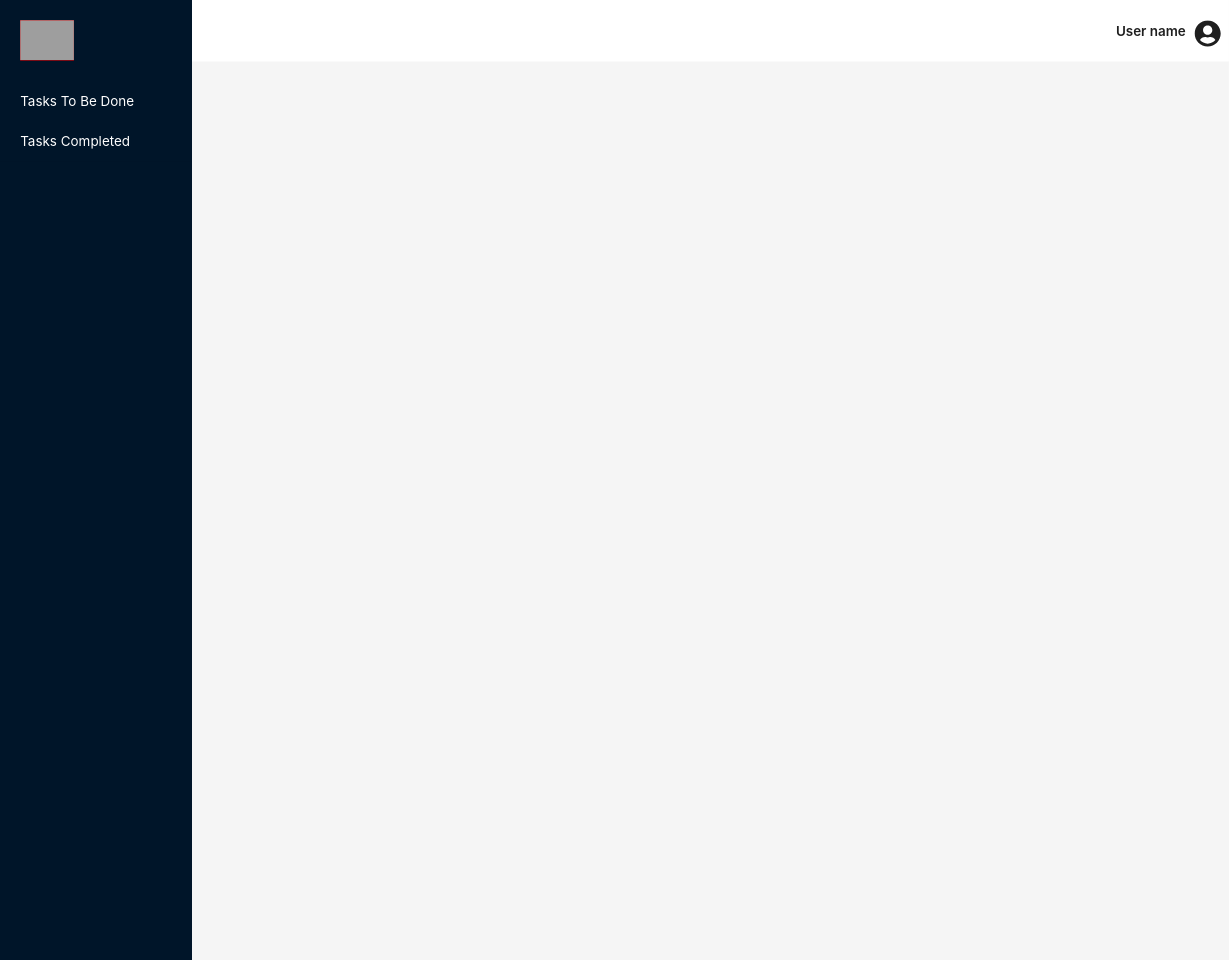
Repository: runner855/todolist_new
Page: /
These files come from the project's save history. The page is drawn as it stood at one moment and after the next save; the edit follows.
The browser window is 1280 px wide. The pictures show the whole page, at 96% of full size.
Pictures or frames that could not be fetched are drawn as grey boxes. The project was rebuilt for these pictures with package versions that can differ from the ones it lists, and the page was loaded fresh each time.

Above is the page before, as saved 2023-03-19 22:24:04.

### src/index.tsx
import React from "react";
import ReactDOM from "react-dom/client";
import "./index.css";
import { App } from "./App";
import { BrowserRouter } from "react-router-dom";

const root = ReactDOM.createRoot(
  document.getElementById("root") as HTMLElement
);
root.render(
  <React.StrictMode>
    <BrowserRouter>
    <App />
    </BrowserRouter>
  </React.StrictMode>
);

### src/App.tsx
import React from 'react';
import './App.css';
import { NavBar } from './components/NavBar/NavBar';

export const App = () =>{
  return (
    <div className="App">
      <NavBar/>

    </div>
  );
}

### src/components/NavBar/NavBar.tsx
import React from 'react';

import { Layout, Menu, theme } from 'antd';
import { FaUserCircle } from 'react-icons/fa';
import { PagesArray } from '../../Utilities/Utility'
import "../NavBar/NavBar.css";
import { NavLink } from 'react-router-dom';

const { Header, Content, Footer, Sider } = Layout;

export const NavBar = () => {

  const {
    token: { colorBgContainer },
  } = theme.useToken();

  return (
      <Layout>
      <Sider
        breakpoint="lg"
        collapsedWidth="0"
        style={{height:1000}}
        onBreakpoint={(broken) => {
          console.log(broken);
        }}
        onCollapse={(collapsed, type) => {
          console.log(collapsed, type);
        }}
      >
        <div className="logo" />
        {/* <Menu
          theme="dark"
          mode="inline"
          items={PagesArray && PagesArray.map(
            (item, index) => ({
              key: index,

              label:  item.label ? <NavLink   to={item.to}>{item.label}</NavLink> :
              <img  className="logo"src={item.image} alt="logo"/>
            })
          )}


        /> */}
      <Menu theme="dark" mode="inline">{PagesArray && PagesArray.map((item, index) => {
        return (
        <ul className='links_container'>
          <li className='item_link'>{item.label ? <NavLink to={item.to}>{item.label}</NavLink>: <div className='logo'><img  src={item.image} alt="logo"/></div>}</li>
        </ul>



        )
      })}</Menu>
      </Sider>
      <Layout>
        <Header style={{ padding: 0, background: colorBgContainer }}>
        <div className='avatar_container'>
          <ul className='user'>
            <li className='user_text'>User name</li>
            <li className='user_icon'><FaUserCircle/></li>

          </ul>
          </div>

        </Header>
      </Layout>
    </Layout>
   );
}

### src/Utilities/Utility.tsx
import { TASKS_TO_BE_DONE, TASKS_COMPLETED } from '../Constants/Dictionary';
import { AppUrls } from '../Types/appTypes';
import { LOGO } from '../Constants/Dictionary';
export const PagesArray = [
  {image:LOGO},
  {label: TASKS_TO_BE_DONE, to: AppUrls.TASKS_TO_BE_DONE},
  {label: TASKS_COMPLETED, to: AppUrls.TASKS_COMPLETED},

]

### src/components/NavBar/NavBar.css
#components-layout-demo-responsive .logo {
  height: 32px;
  margin: 16px;
  background: rgba(255, 255, 255, 0.2);
}

li {
  list-style-type: none;
}

.user {
  display: flex;
  flex-direction: row;
  justify-content: right;
}

.user_icon {
  font-size: 2em;
  margin-right: 0.1em;
  margin: 0em 0.3em 0em 0.3em;
  line-height: 1.8;
}

.user_text {
  line-height: 2.7;
  font-weight: 600;
}

img {
  height: 3em;
  text-align: center;
}

.links_container {
  display: flex;
  flex: column;
}

.item_link {
  margin: 1.5em;
}

a:active {
  border-left: solid red 2px;
}
a {
  color: white !important;
}

.logo {
  background-color: red;
}

### src/Constants/Dictionary.ts
export const TASKS_TO_BE_DONE = "Tasks To Be Done";
export const TASKS_COMPLETED = "Tasks Completed"
export const LOGO = "https://pbs.twimg.com/profile_images/964093705748729856/nzx2mHKW_400x400.jpg";

### src/Types/appTypes.tsx

export enum AppUrls {
  TASKS_TO_BE_DONE = `/tasks_to_be_done`,
  TASKS_COMPLETED = "/tasks_copleted",

}

export enum LanguageEnum {
  EN = "en",
}

Loaded but not shown: public/index.html (common file); src/index.css (common file); src/App.css (common file)

After the next save:
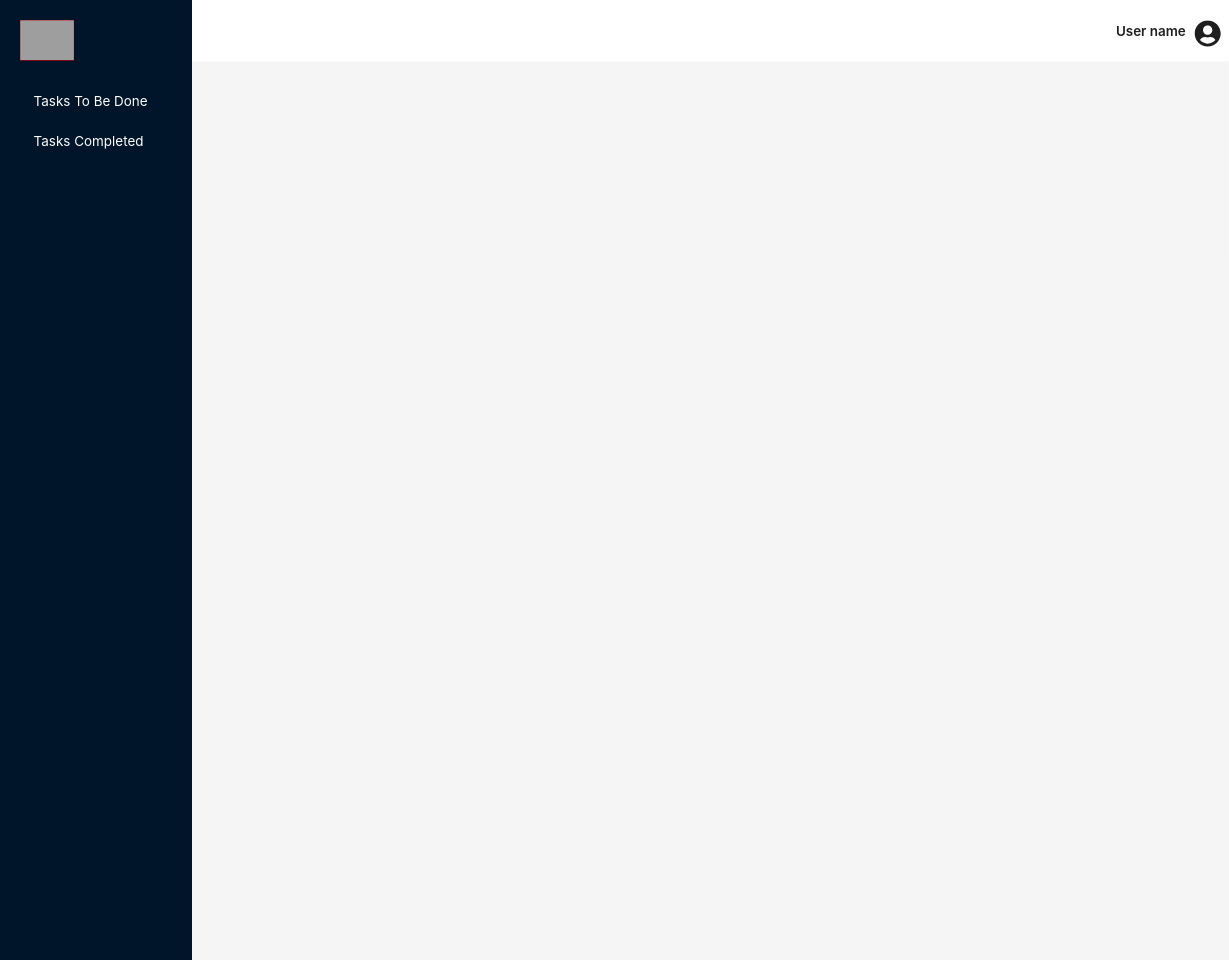
Saved 28 s later.
--- a/src/components/NavBar/NavBar.css
+++ b/src/components/NavBar/NavBar.css
@@ -45,6 +45,7 @@
 }
 a {
   color: white !important;
+  margin-left: 1em;
 }
 
 .logo {
